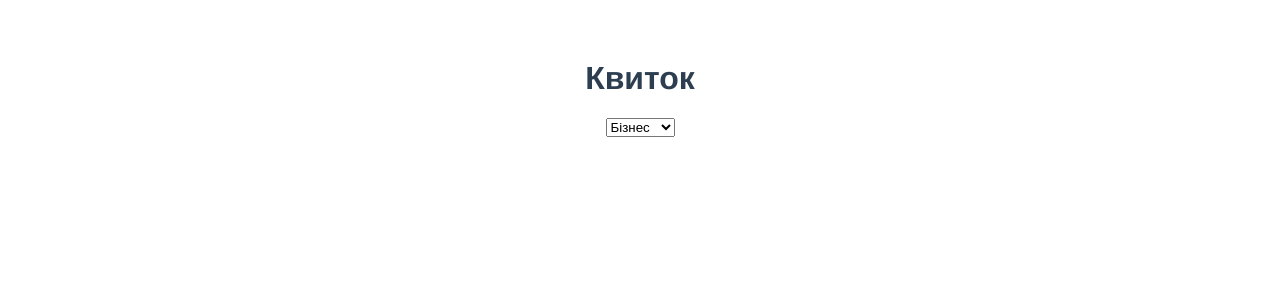
Repository: Salexandraa/HOME_Subotina
Page: / (app in plane-tickets/)
These files come from the project's save history. The page is drawn as it stood at one moment and after the next save; the edit follows.
The browser window is 1280 px wide. The pictures show the whole page.
The project was rebuilt for these pictures with package versions that can differ from the ones it lists, and the page was loaded fresh each time.

Above is the page before, as saved 2020-10-10 19:22:13.

### plane-tickets/src/App.vue
<template>
  <div id="app">
   <ticket/>
  </div>
</template>

<script>
import Ticket from './components/Ticket'

export default {
  name: 'App',
  components: {
    Ticket
  }
}
</script>

<style>
#app {
  font-family: Avenir, Helvetica, Arial, sans-serif;
  -webkit-font-smoothing: antialiased;
  -moz-osx-font-smoothing: grayscale;
  text-align: center;
  color: #2c3e50;
  margin-top: 60px;
}
</style>

### plane-tickets/src/components/Ticket/index.vue
<template>
    <div>
        <div>
            <h1>Квиток</h1>
        </div>
<div>
    <select> Оберіть клас
        <option value="buisness">Бізнес</option>
        <option value="econom">Економ</option>
    </select>

</div>
    </div>
</template>

<script>
// Задача 2. З випадаючого списку вибираємо клас квитка у літаку. Якщо
// 1) бізнес -  виводимо елементи для вибору газети та коньяку
// (якщо вибрано коньяк, то запропонувати закуску (так/ні)),
// 2) економ – виводимо елементи для вибору типу пива і чипсів.

    export default {
        name:"Tickets",

    }
</script>

<style lang="css" scoped>

</style>

Loaded but not shown: plane-tickets/public/index.html (common file); plane-tickets/src/main.js (common file)

After the next save:
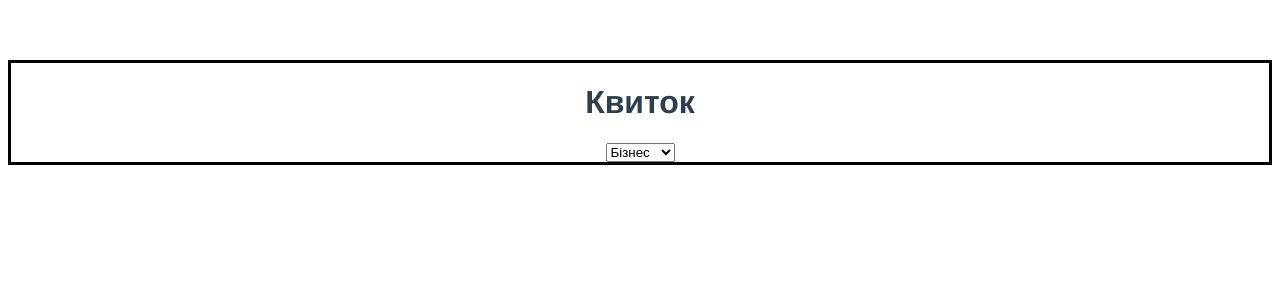
Saved 42 s later.
--- a/plane-tickets/src/components/Ticket/index.vue
+++ b/plane-tickets/src/components/Ticket/index.vue
@@ -1,5 +1,5 @@
 <template>
-    <div>
+    <div class="container">
         <div>
             <h1>Квиток</h1>
         </div>
@@ -26,5 +26,8 @@
 </script>
 
 <style lang="css" scoped>
+.container{
+    border: black solid;
+}
 
 </style>
